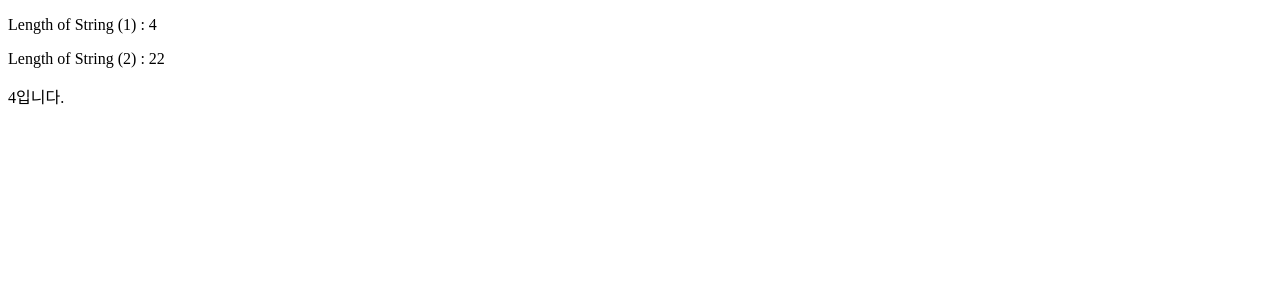
Repository: ghosdi0624/bitbit
Page: http://localhost/Lecture-Web/test.jsp
These files come from the project's save history. The page is drawn as it stood at one moment and after the next save; the edit follows.
The browser window is 1280 px wide. The pictures show the whole page.
The page is served by Tomcat 9. Nobody is signed in. The application's start-up code is not run.

Above is the page before, as saved 2017-02-16 07:52:41.

After the next save:
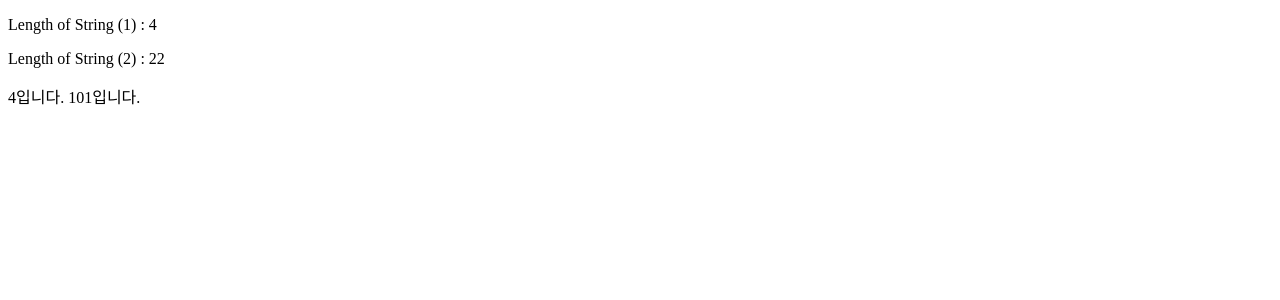
Saved 14 min 8 s later.
--- a/Lecture-Web/WebContent/test.jsp
+++ b/Lecture-Web/WebContent/test.jsp
@@ -14,13 +14,17 @@
 <c:set var="string1" value="This is first String."/>
 <c:set var="string2" value="This is second String." />
 
+<c:forEach var="i" begin="100" end="101">
+	<c:set var="index" value="${ i }"></c:set>
+</c:forEach>
+
 <p>Length of String (1) : ${fn:length('하이하이')}</p>
 <p>Length of String (2) : ${fn:length(string2)}</p>
 
 <c:set var="length" value="${fn:length('하이하이')}" />
 
 ${ length }입니다.
-
+${ index }입니다.
 
 
 </body>
